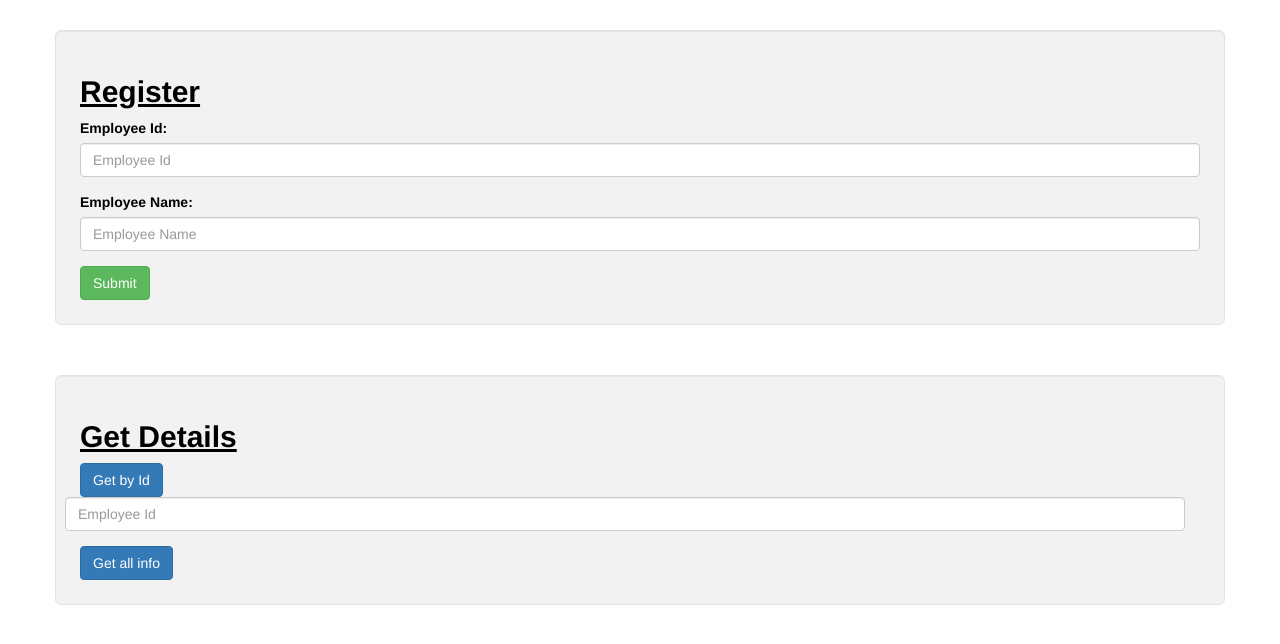
Repository: royakash07/FirstWebApplication
Page: http://localhost/SampleWebApplication/EmployeeProtal.jsp
The author's editor kept a copy of each file at every save. The page is drawn from the files as they stood at one save, then again after the next save.
The browser window is 1280 px wide. The pictures show the whole page.
Some web libraries are served in a nearby version. The page is served by Tomcat 9. Nobody is signed in. The application's start-up code is not run.

Above is the page before, as saved 2017-11-30 05:12:50.

After the next save:
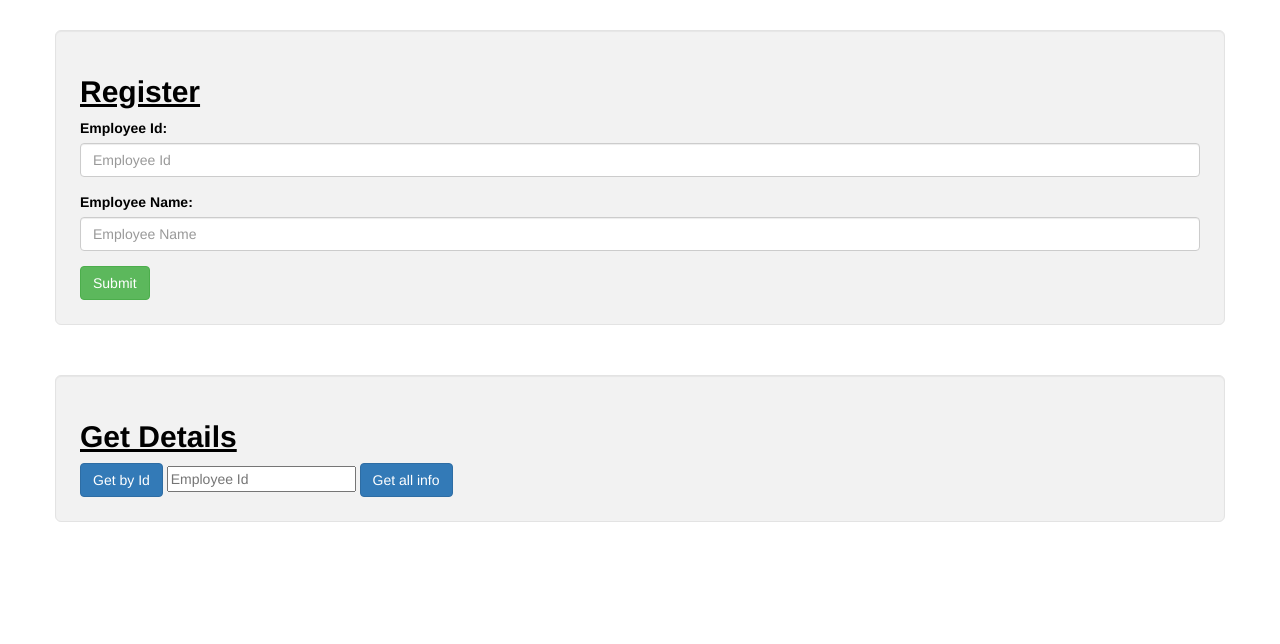
Saved 36 s later.
--- a/SampleWebApplication/WebContent/EmployeeProtal.jsp
+++ b/SampleWebApplication/WebContent/EmployeeProtal.jsp
@@ -40,7 +40,7 @@ background-color:#F2F2F2;
 <h2><strong><u>Get Details</u></strong></h2>
 <div class="input-append">
 	<button name="search"type="button" class="btn btn-primary" value="getDetailsById">Get by Id</button>
-	<input type="text" class="form-control form-group row" placeholder="Employee Id">
+	<input type="text" placeholder="Employee Id">
 	<button type="button" class="btn btn-primary" value="getAllDetails">Get all info</button>
 </div>
 </div>
